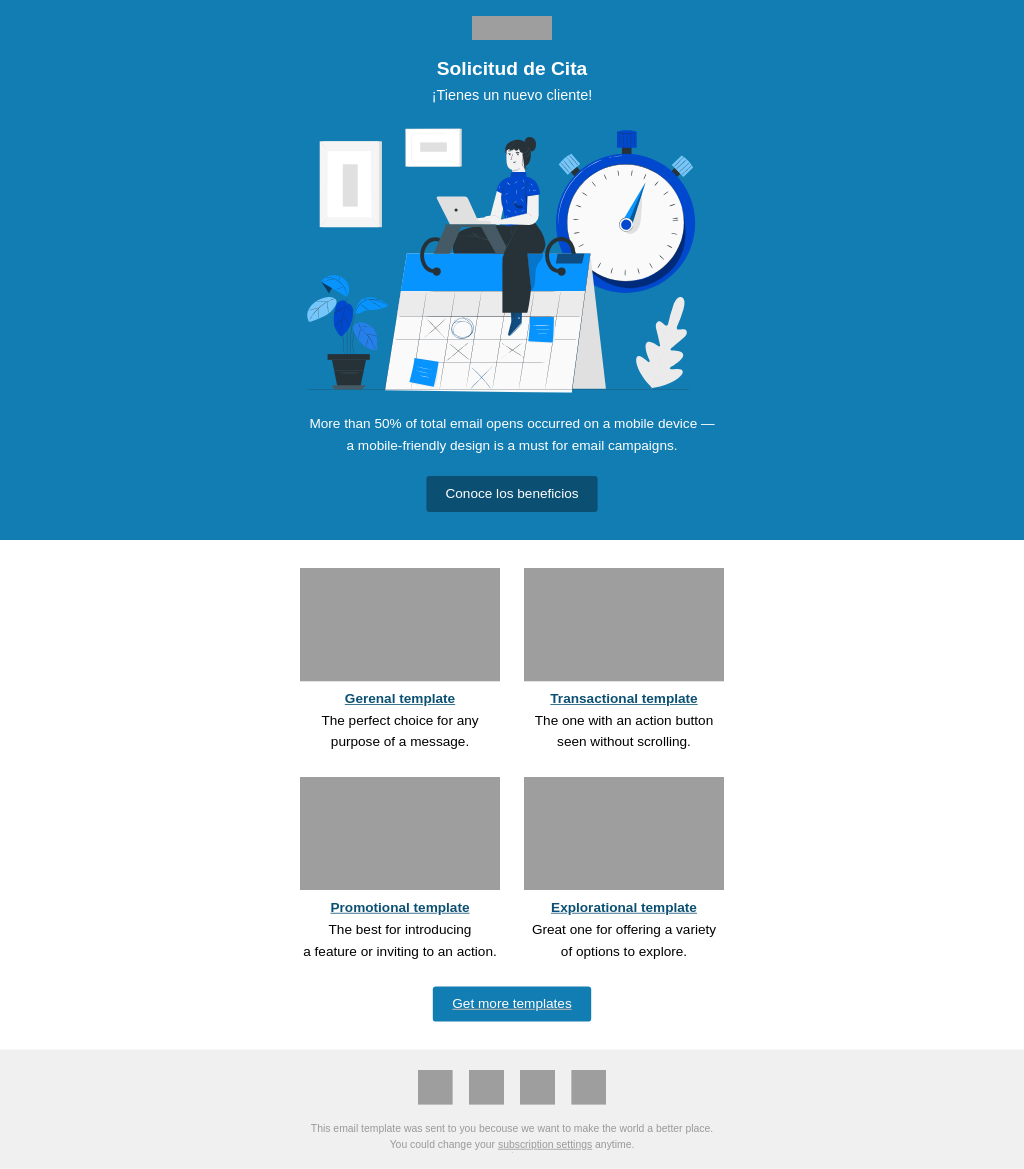
Repository: FabioMadrid/atlas_code
Page: correo_cita_vendedor.html
An editor plug-in stored every save of this project. The page is shown before and after the next save, followed by the edit.
The browser window is 1280 px wide. The pictures show the whole page, at 80% of full size.
Pictures or frames that could not be fetched are drawn as grey boxes.

Above is the page before, as saved 2021-01-14 16:13:26.

### correo_cita_vendedor.html
<html xmlns="http://www.w3.org/1999/xhtml">
<head>
	<meta http-equiv="content-type" content="text/html; charset=utf-8">
  	<meta name="viewport" content="width=device-width, initial-scale=1.0;">
 	<meta name="format-detection" content="telephone=no"/>

	<style>
/* Reset styles */
    body {
        margin: 0; padding: 0; min-width: 100%; width: 100% !important; height: 100% !important;
        }
    body, table, td, div, p, a {
        -webkit-font-smoothing: antialiased; text-size-adjust: 100%; -ms-text-size-adjust: 100%;
        -webkit-text-size-adjust: 100%; line-height: 100%;
        }
    table, td {
         mso-table-lspace: 0pt; mso-table-rspace: 0pt;
         border-collapse: collapse !important; border-spacing: 0; }
    img {
        border: 0; line-height: 100%; outline: none; text-decoration: none;
        -ms-interpolation-mode: bicubic;
        }
    #outlook a { padding: 0; }
    .ReadMsgBody { width: 100%; }
    .ExternalClass { width: 100%; }
    .ExternalClass, .ExternalClass p, .ExternalClass span, .ExternalClass font, .E
    xternalClass td, .ExternalClass div {
        line-height: 100%;
        }

/* Extra floater space for advanced mail clients only */
@media all and (max-width: 600px) {
	.floater { width: 320px; }
}

/* Set color for auto links (addresses, dates, etc.) */
a, a:hover {
	color: #127DB3;
}
.footer a, .footer a:hover {
	color: #999999;
}

 	</style>

	<!-- MESSAGE SUBJECT -->
	<title>Cita Confirmada</title>

</head>

<!-- BODY -->
<!-- Set message background color (twice) and text color (twice) -->
<body topmargin="0" rightmargin="0" bottommargin="0" leftmargin="0" marginwidth="0" marginheight="0" width="100%" style="border-collapse: collapse; border-spacing: 0; margin: 0; padding: 0; width: 100%; height: 100%; -webkit-font-smoothing: antialiased; text-size-adjust: 100%; -ms-text-size-adjust: 100%; -webkit-text-size-adjust: 100%; line-height: 100%;
	background-color: #FFFFFF;
	color: #000000;"
	bgcolor="#FFFFFF"
	text="#000000">

<!-- SECTION / BACKGROUND -->
<!-- Set section background color -->
<table width="100%" align="center" border="0" cellpadding="0" cellspacing="0" style="border-collapse: collapse; border-spacing: 0; margin: 0; padding: 0; width: 100%;" class="background"><tr><td align="center" valign="top" style="border-collapse: collapse; border-spacing: 0; margin: 0; padding: 0;"
	bgcolor="#127DB3">

<!-- WRAPPER -->
<!-- Set wrapper width (twice) -->
<table border="0" cellpadding="0" cellspacing="0" align="center"
	width="600" style="border-collapse: collapse; border-spacing: 0; padding: 0; width: inherit;
	max-width: 600px;" class="wrapper">

	<tr>
		<td align="center" valign="top" style="border-collapse: collapse; border-spacing: 0; margin: 0; padding: 0; padding-left: 6.25%; padding-right: 6.25%; width: 87.5%;
			padding-top: 20px;">

			<!-- PREHEADER -->
			<!-- Set text color to background color -->
			<div style="display: none; visibility: hidden; overflow: hidden; opacity: 0; font-size: 1px; line-height: 1px; height: 0; max-height: 0; max-width: 0;
			color: #FFFFFF;" class="preheader">
				Available on&nbsp;GitHub and&nbsp;CodePen. holis aqui va un texto</div>

			<!-- LOGO -->
			<!-- Image text color should be opposite to background color. Set your url, image src, alt and title. Alt text should fit the image size. Real image size should be x2. URL format: http://domain.com/?utm_source={{Campaign-Source}}&utm_medium=email&utm_content=logo&utm_campaign={{Campaign-Name}} -->
			<a target="_blank" style="text-decoration: none;"
				href="https://github.com/konsav/email-templates/"><img border="0" vspace="0" hspace="0"
				src="https://raw.githubusercontent.com/konsav/email-templates/master/images/logo-white.png"
				width="100" height="30"
				alt="Logo" title="Logo" style="
				color: #000000;
				font-size: 10px; margin: 0; padding: 0; outline: none; text-decoration: none; -ms-interpolation-mode: bicubic; border: none; display: block;" /></a>

		</td>
	</tr>

	<!-- HEADER -->
	<!-- Set text color and font family ("sans-serif" or "Georgia, serif") -->
	<tr>
		<td align="center" valign="top" style="border-collapse: collapse; border-spacing: 0; margin: 0; padding: 0; padding-left: 6.25%; padding-right: 6.25%; width: 87.5%; font-size: 24px; font-weight: bold; line-height: 130%;
			padding-top: 20px;
			color: #FFFFFF;
			font-family: sans-serif;" class="header">
				Solicitud de Cita
		</td>
	</tr>

	<!-- SUBHEADER -->
	<!-- Set text color and font family ("sans-serif" or "Georgia, serif") -->
	<tr>
		<td align="center" valign="top" style="border-collapse: collapse; border-spacing: 0; margin: 0; padding: 0; padding-bottom: 3px; padding-left: 6.25%; padding-right: 6.25%; width: 87.5%; font-size: 18px; font-weight: 300; line-height: 150%;
			padding-top: 5px;
			color: #FFFFFF;
			font-family: sans-serif;" class="subheader">
				¡Tienes un nuevo cliente!
		</td>
	</tr>

	<!-- HERO IMAGE -->
	<!-- Image text color should be opposite to background color. Set your url, image src, alt and title. Alt text should fit the image size. Real image size should be x2 (wrapper x2). Do not set height for flexible images (including "auto"). URL format: http://domain.com/?utm_source={{Campaign-Source}}&utm_medium=email&utm_content={{Ìmage-Name}}&utm_campaign={{Campaign-Name}} -->
	<tr>
		<td align="center" valign="top" style="border-collapse: collapse; border-spacing: 0; margin: 0; padding: 0;
			padding-top: 20px;" class="hero"><a target="_blank" style="text-decoration: none;"
			href="#"><img border="0" vspace="0" hspace="0"
			src="./svg/calendario_mujer.svg"
			alt="Please enable images to view this content" title="Hero Image"
			width="530" style="
			width: 88.33%;
			max-width: 530px;
			color: #FFFFFF; font-size: 13px; margin: 0; padding: 0; outline: none; text-decoration: none; -ms-interpolation-mode: bicubic; border: none; display: block;"/></a></td>
	</tr>

	<!-- PARAGRAPH -->
	<!-- Set text color and font family ("sans-serif" or "Georgia, serif"). Duplicate all text styles in links, including line-height -->
	<tr>
		<td align="center" valign="top" style="border-collapse: collapse; border-spacing: 0; margin: 0; padding: 0; padding-left: 6.25%; padding-right: 6.25%; width: 87.5%; font-size: 17px; font-weight: 400; line-height: 160%;
			padding-top: 25px;
			color: #FFFFFF;
			font-family: sans-serif;" class="paragraph">
				More than 50%&nbsp;of&nbsp;total email opens occurred on&nbsp;a&nbsp;mobile device&nbsp;— a&nbsp;mobile-friendly design is&nbsp;a&nbsp;must for&nbsp;email campaigns.
		</td>
	</tr>

	<!-- BUTTON -->
	<!-- Set button background color at TD, link/text color at A and TD, font family ("sans-serif" or "Georgia, serif") at TD. For verification codes add "letter-spacing: 5px;". Link format: http://domain.com/?utm_source={{Campaign-Source}}&utm_medium=email&utm_content={{Button-Name}}&utm_campaign={{Campaign-Name}} -->
	<tr>
		<td align="center" valign="top" style="border-collapse: collapse; border-spacing: 0; margin: 0; padding: 0; padding-left: 6.25%; padding-right: 6.25%; width: 87.5%;
			padding-top: 25px;
			padding-bottom: 35px;" class="button"><a
			href="./beneficios.html" target="_blank" style="text-decoration: none;">
				<table border="0" cellpadding="0" cellspacing="0" align="center" style="max-width: 240px; min-width: 120px; border-collapse: collapse; border-spacing: 0; padding: 0;"><tr><td align="center" valign="middle" style="padding: 12px 24px; margin: 0; text-decoration: none; border-collapse: collapse; border-spacing: 0; border-radius: 4px; -webkit-border-radius: 4px; -moz-border-radius: 4px; -khtml-border-radius: 4px;"
					bgcolor="#0B5073"><a target="_blank" style="text-decoration: none;
					color: #FFFFFF; font-family: sans-serif; font-size: 17px; font-weight: 400; line-height: 120%;"
					href="https://github.com/konsav/email-templates/">
						Conoce los beneficios
					</a>
			</td></tr></table></a>
		</td>
	</tr>

<!-- End of WRAPPER -->
</table>

<!-- SECTION / BACKGROUND -->
<!-- Set section background color -->
</td></tr><tr><td align="center" valign="top" style="border-collapse: collapse; border-spacing: 0; margin: 0; padding: 0;
	padding-top: 5px;"
	bgcolor="#FFFFFF">

<!-- WRAPPER -->
<!-- Set conteiner background color -->
<table border="0" cellpadding="0" cellspacing="0" align="center"
	width="600" style="border-collapse: collapse; border-spacing: 0; padding: 0; width: inherit;
	max-width: 600px;">

	<!-- FLOATERS -->
	<!-- Floaters (left align tables) need extra 10px spacing in a line (Outlook fix). Floater table width = (wrapper width / 2) - 10px. Set text color and font family ("sans-serif" or "Georgia, serif"). Duplicate all text styles in links, including line-height. Image text color should be opposite to background color. Set your url, image src, alt and title. Alt text should fit the image size. Real image size should be x2. Do not set height for flexible images (including "auto"). URL format: http://domain.com/?utm_source={{Campaign-Source}}&utm_medium=email&utm_content={{Ìmage-Name}}&utm_campaign={{Campaign-Name}} -->
	<tr>
		<td align="center" valign="top" style="border-collapse: collapse; border-spacing: 0; margin: 0; padding: 0; padding-left: 10px; padding-right: 10px;" class="floaters"><table width="280" border="0" cellpadding="0" cellspacing="0" align="left" valign="top" style="border-collapse: collapse; mso-table-lspace: 0pt; mso-table-rspace: 0pt; border-spacing: 0; margin: 0; padding: 0; display: inline-table; float: none;" class="floater"><tr><td align="center" valign="top" style="border-collapse: collapse; border-spacing: 0; margin: 0; padding: 0; padding-left: 15px; padding-right: 15px; font-size: 17px; font-weight: 400; line-height: 160%;
			padding-top: 30px;
			font-family: sans-serif;
			color: #000000;"><a target="_blank" style="text-decoration: none;
			font-size: 17px; line-height: 160%;"
			href="https://github.com/konsav/email-templates"><img border="0" vspace="0" hspace="0"
			src="https://raw.githubusercontent.com/konsav/email-templates/master/images/hero-grid.png"
			width="250" height="142"
			alt="Grid Item" title="Grid Item" style="
			color: #000000; font-size: 10px; margin: 0; padding: 0; outline: none; text-decoration: none; -ms-interpolation-mode: bicubic; border: none; display: block; margin-bottom: 8px;" />
				<b style="color:#0B5073; text-decoration: underline;">Gerenal template</b></a><br/>
				The&nbsp;perfect choice for any purpose of a&nbsp;message.
		</td></tr></table><table width="280" border="0" cellpadding="0" cellspacing="0" align="right" valign="top" style="border-collapse: collapse; mso-table-lspace: 0pt; mso-table-rspace: 0pt; border-spacing: 0; margin: 0; padding: 0; display: inline-table; float: none;" class="floater"><tr><td align="center" valign="top" style="border-collapse: collapse; border-spacing: 0; margin: 0; padding: 0; padding-left: 15px; padding-right: 15px; font-size: 17px; font-weight: 400; line-height: 160%;
			padding-top: 30px;
			font-family: sans-serif;
			color: #000000;"><a target="_blank" style="text-decoration: none;
			font-size: 17px; line-height: 160%;"
			href="https://github.com/konsav/email-templates"><img border="0" vspace="0" hspace="0"
			src="https://raw.githubusercontent.com/konsav/email-templates/master/images/hero-grid.png"
			width="250" height="142"
			alt="Grid Item" title="Grid Item" style="
			color: #000000; font-size: 10px; margin: 0; padding: 0; outline: none; text-decoration: none; -ms-interpolation-mode: bicubic; border: none; display: block; margin-bottom: 8px;" />
				<b style="color:#0B5073; text-decoration: underline;">Transactional template</b></a><br/>
				The&nbsp;one with an&nbsp;action button seen without scrolling.
		</td></tr></table></td>
	</tr>

	<!-- FLOATERS -->
	<!-- Floaters (left align tables) need extra 10px spacing in a line (Outlook fix). Floater table width = (wrapper width / 2) - 10px. Set text color and font family ("sans-serif" or "Georgia, serif"). Duplicate all text styles in links, including line-height. Image text color should be opposite to background color. Set your url, image src, alt and title. Alt text should fit the image size. Real image size should be x2. Do not set height for flexible images (including "auto"). URL format: http://domain.com/?utm_source={{Campaign-Source}}&utm_medium=email&utm_content={{Ìmage-Name}}&utm_campaign={{Campaign-Name}} -->
	<tr>
		<td align="center" valign="top" style="border-collapse: collapse; border-spacing: 0; margin: 0; padding: 0; padding-left: 10px; padding-right: 10px;" class="floaters"><table width="280" border="0" cellpadding="0" cellspacing="0" align="right" valign="top" style="border-collapse: collapse; mso-table-lspace: 0pt; mso-table-rspace: 0pt; border-spacing: 0; margin: 0; padding: 0; display: inline-table; float: none;" class="floater"><tr><td align="center" valign="top" style="border-collapse: collapse; border-spacing: 0; margin: 0; padding: 0; padding-left: 15px; padding-right: 15px; font-size: 17px; font-weight: 400; line-height: 160%;
			padding-top: 30px;
			font-family: sans-serif;
			color: #000000;"><a target="_blank" style="text-decoration: none;
			font-size: 17px; line-height: 160%;"
			href="https://github.com/konsav/email-templates"><img border="0" vspace="0" hspace="0"
			src="https://raw.githubusercontent.com/konsav/email-templates/master/images/hero-grid.png"
			width="250" height="142"
			alt="Grid Item" title="Grid Item" style="
			color: #000000; font-size: 10px; margin: 0; padding: 0; outline: none; text-decoration: none; -ms-interpolation-mode: bicubic; border: none; display: block; margin-bottom: 8px;" />
				<b style="color:#0B5073; text-decoration: underline;">Promotional template</b></a><br/>
				The&nbsp;best for introducing a&nbsp;feature or&nbsp;inviting to an&nbsp;action.
		</td></tr></table><table width="280" border="0" cellpadding="0" cellspacing="0" align="left" valign="top" style="border-collapse: collapse; mso-table-lspace: 0pt; mso-table-rspace: 0pt; border-spacing: 0; margin: 0; padding: 0; display: inline-table; float: none;" class="floater"><tr><td align="center" valign="top" style="border-collapse: collapse; border-spacing: 0; margin: 0; padding: 0; padding-left: 15px; padding-right: 15px; font-size: 17px; font-weight: 400; line-height: 160%;
			padding-top: 30px;
			font-family: sans-serif;
			color: #000000;"><a target="_blank" style="text-decoration: none;
			font-size: 17px; line-height: 160%;"
			href="https://github.com/konsav/email-templates"><img border="0" vspace="0" hspace="0"
			src="https://raw.githubusercontent.com/konsav/email-templates/master/images/hero-grid.png"
			width="250" height="142"
			alt="Grid Item" title="Grid Item" style="
			color: #000000; font-size: 10px; margin: 0; padding: 0; outline: none; text-decoration: none; -ms-interpolation-mode: bicubic; border: none; display: block; margin-bottom: 8px;" />
				<b style="color:#0B5073; text-decoration: underline;">Explorational template</b></a><br/>
				Great&nbsp;one for offering a&nbsp;variety of&nbsp;options to&nbsp;explore.
		</td></tr></table></td>
	</tr>

	<!-- BUTTON -->
	<!-- Set button background color at TD, link/text color at A and TD, font family ("sans-serif" or "Georgia, serif") at TD. For verification codes add "letter-spacing: 5px;". Link format: http://domain.com/?utm_source={{Campaign-Source}}&utm_medium=email&utm_content={{Button-Name}}&utm_campaign={{Campaign-Name}} -->
 	<tr>
		<td align="center" valign="top" style="border-collapse: collapse; border-spacing: 0; margin: 0; padding: 0; padding-left: 6.25%; padding-right: 6.25%; width: 87.5%;
			padding-top: 30px;
			padding-bottom: 35px;" class="button"><a
			href="https://github.com/konsav/email-templates/" target="_blank" style="text-decoration: underline;">
				<table border="0" cellpadding="0" cellspacing="0" align="center" style="max-width: 240px; min-width: 120px; border-collapse: collapse; border-spacing: 0; padding: 0;"><tr><td align="center" valign="middle" style="padding: 12px 24px; margin: 0; text-decoration: underline; border-collapse: collapse; border-spacing: 0; border-radius: 4px; -webkit-border-radius: 4px; -moz-border-radius: 4px; -khtml-border-radius: 4px;"
					bgcolor="#127DB3"><a target="_blank" style="text-decoration: underline;
					color: #FFFFFF; font-family: sans-serif; font-size: 17px; font-weight: 400; line-height: 120%;"
					href="https://github.com/konsav/email-templates/">
						Get more templates
					</a>
			</td></tr></table></a>
		</td>
	</tr>

<!-- End of WRAPPER -->
</table>

<!-- SECTION / BACKGROUND -->
<!-- Set section background color -->
</td></tr><tr><td align="center" valign="top" style="border-collapse: collapse; border-spacing: 0; margin: 0; padding: 0;"
	bgcolor="#F0F0F0">

<!-- WRAPPER -->
<!-- Set wrapper width (twice) -->
<table border="0" cellpadding="0" cellspacing="0" align="center"
	width="600" style="border-collapse: collapse; border-spacing: 0; padding: 0; width: inherit;
	max-width: 600px;" class="wrapper">

	<!-- SOCIAL NETWORKS -->
	<!-- Image text color should be opposite to background color. Set your url, image src, alt and title. Alt text should fit the image size. Real image size should be x2 -->
	<tr>
		<td align="center" valign="top" style="border-collapse: collapse; border-spacing: 0; margin: 0; padding: 0; padding-left: 6.25%; padding-right: 6.25%; width: 87.5%;
			padding-top: 25px;" class="social-icons"><table
			width="256" border="0" cellpadding="0" cellspacing="0" align="center" style="border-collapse: collapse; border-spacing: 0; padding: 0;">
			<tr>

				<!-- ICON 1 -->
				<td align="center" valign="middle" style="margin: 0; padding: 0; padding-left: 10px; padding-right: 10px; border-collapse: collapse; border-spacing: 0;"><a target="_blank"
					href="https://raw.githubusercontent.com/konsav/email-templates/"
				style="text-decoration: none;"><img border="0" vspace="0" hspace="0" style="padding: 0; margin: 0; outline: none; text-decoration: none; -ms-interpolation-mode: bicubic; border: none; display: inline-block;
					color: #000000;"
					alt="F" title="Facebook"
					width="44" height="44"
					src="https://raw.githubusercontent.com/konsav/email-templates/master/images/social-icons/facebook.png"></a></td>

				<!-- ICON 2 -->
				<td align="center" valign="middle" style="margin: 0; padding: 0; padding-left: 10px; padding-right: 10px; border-collapse: collapse; border-spacing: 0;"><a target="_blank"
					href="https://raw.githubusercontent.com/konsav/email-templates/"
				style="text-decoration: none;"><img border="0" vspace="0" hspace="0" style="padding: 0; margin: 0; outline: none; text-decoration: none; -ms-interpolation-mode: bicubic; border: none; display: inline-block;
					color: #000000;"
					alt="T" title="Twitter"
					width="44" height="44"
					src="https://raw.githubusercontent.com/konsav/email-templates/master/images/social-icons/twitter.png"></a></td>

				<!-- ICON 3 -->
				<td align="center" valign="middle" style="margin: 0; padding: 0; padding-left: 10px; padding-right: 10px; border-collapse: collapse; border-spacing: 0;"><a target="_blank"
					href="https://raw.githubusercontent.com/konsav/email-templates/"
				style="text-decoration: none;"><img border="0" vspace="0" hspace="0" style="padding: 0; margin: 0; outline: none; text-decoration: none; -ms-interpolation-mode: bicubic; border: none; display: inline-block;
					color: #000000;"
					alt="G" title="Google Plus"
					width="44" height="44"
					src="https://raw.githubusercontent.com/konsav/email-templates/master/images/social-icons/googleplus.png"></a></td>

				<!-- ICON 4 -->
				<td align="center" valign="middle" style="margin: 0; padding: 0; padding-left: 10px; padding-right: 10px; border-collapse: collapse; border-spacing: 0;"><a target="_blank"
					href="https://raw.githubusercontent.com/konsav/email-templates/"
				style="text-decoration: none;"><img border="0" vspace="0" hspace="0" style="padding: 0; margin: 0; outline: none; text-decoration: none; -ms-interpolation-mode: bicubic; border: none; display: inline-block;
					color: #000000;"
					alt="I" title="Instagram"
					width="44" height="44"
					src="https://raw.githubusercontent.com/konsav/email-templates/master/images/social-icons/instagram.png"></a></td>

			</tr>
			</table>
		</td>
	</tr>

	<!-- FOOTER -->
	<!-- Set text color and font family ("sans-serif" or "Georgia, serif"). Duplicate all text styles in links, including line-height -->
	<tr>
		<td align="center" valign="top" style="border-collapse: collapse; border-spacing: 0; margin: 0; padding: 0; padding-left: 6.25%; padding-right: 6.25%; width: 87.5%; font-size: 13px; font-weight: 400; line-height: 150%;
			padding-top: 20px;
			padding-bottom: 20px;
			color: #999999;
			font-family: sans-serif;" class="footer">

				This email template was sent to&nbsp;you becouse we&nbsp;want to&nbsp;make the&nbsp;world a&nbsp;better place.<br/> You&nbsp;could change your <a href="https://github.com/konsav/email-templates/" target="_blank" style="text-decoration: underline; color: #999999; font-family: sans-serif; font-size: 13px; font-weight: 400; line-height: 150%;">subscription settings</a> anytime.

				<!-- ANALYTICS -->
				<!-- https://www.google-analytics.com/collect?v=1&tid={{UA-Tracking-ID}}&cid={{Client-ID}}&t=event&ec=email&ea=open&cs={{Campaign-Source}}&cm=email&cn={{Campaign-Name}} -->
				<img width="1" height="1" border="0" vspace="0" hspace="0" style="margin: 0; padding: 0; outline: none; text-decoration: none; -ms-interpolation-mode: bicubic; border: none; display: block;"
				src="https://raw.githubusercontent.com/konsav/email-templates/master/images/tracker.png" />

		</td>
	</tr>

<!-- End of WRAPPER -->
</table>

<!-- End of SECTION / BACKGROUND -->
</td></tr></table>

</body>
</html>

After the next save:
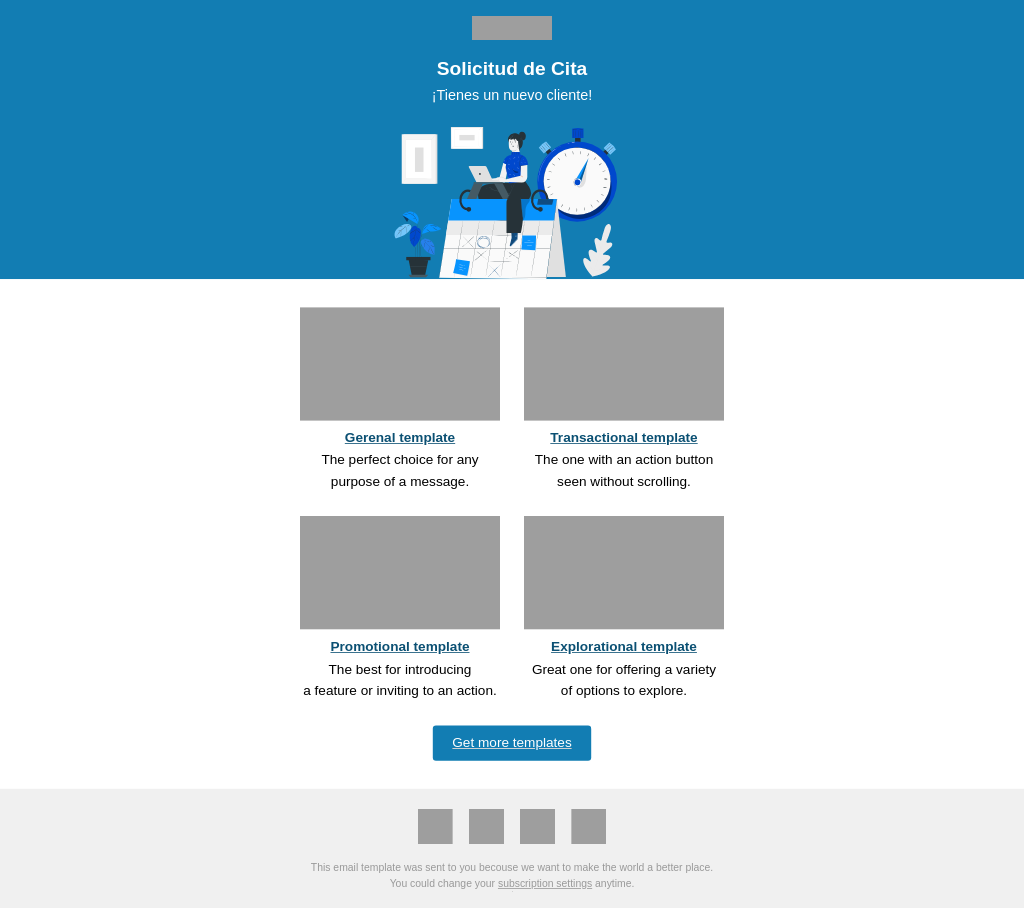
Saved 49 s later.
--- a/correo_cita_vendedor.html
+++ b/correo_cita_vendedor.html
@@ -126,33 +126,6 @@ a, a:hover {
 			color: #FFFFFF; font-size: 13px; margin: 0; padding: 0; outline: none; text-decoration: none; -ms-interpolation-mode: bicubic; border: none; display: block;"/></a></td>
 	</tr>
 
-	<!-- PARAGRAPH -->
-	<!-- Set text color and font family ("sans-serif" or "Georgia, serif"). Duplicate all text styles in links, including line-height -->
-	<tr>
-		<td align="center" valign="top" style="border-collapse: collapse; border-spacing: 0; margin: 0; padding: 0; padding-left: 6.25%; padding-right: 6.25%; width: 87.5%; font-size: 17px; font-weight: 400; line-height: 160%;
-			padding-top: 25px;
-			color: #FFFFFF;
-			font-family: sans-serif;" class="paragraph">
-				More than 50%&nbsp;of&nbsp;total email opens occurred on&nbsp;a&nbsp;mobile device&nbsp;— a&nbsp;mobile-friendly design is&nbsp;a&nbsp;must for&nbsp;email campaigns.
-		</td>
-	</tr>
-
-	<!-- BUTTON -->
-	<!-- Set button background color at TD, link/text color at A and TD, font family ("sans-serif" or "Georgia, serif") at TD. For verification codes add "letter-spacing: 5px;". Link format: http://domain.com/?utm_source={{Campaign-Source}}&utm_medium=email&utm_content={{Button-Name}}&utm_campaign={{Campaign-Name}} -->
-	<tr>
-		<td align="center" valign="top" style="border-collapse: collapse; border-spacing: 0; margin: 0; padding: 0; padding-left: 6.25%; padding-right: 6.25%; width: 87.5%;
-			padding-top: 25px;
-			padding-bottom: 35px;" class="button"><a
-			href="./beneficios.html" target="_blank" style="text-decoration: none;">
-				<table border="0" cellpadding="0" cellspacing="0" align="center" style="max-width: 240px; min-width: 120px; border-collapse: collapse; border-spacing: 0; padding: 0;"><tr><td align="center" valign="middle" style="padding: 12px 24px; margin: 0; text-decoration: none; border-collapse: collapse; border-spacing: 0; border-radius: 4px; -webkit-border-radius: 4px; -moz-border-radius: 4px; -khtml-border-radius: 4px;"
-					bgcolor="#0B5073"><a target="_blank" style="text-decoration: none;
-					color: #FFFFFF; font-family: sans-serif; font-size: 17px; font-weight: 400; line-height: 120%;"
-					href="https://github.com/konsav/email-templates/">
-						Conoce los beneficios
-					</a>
-			</td></tr></table></a>
-		</td>
-	</tr>
 
 <!-- End of WRAPPER -->
 </table>
